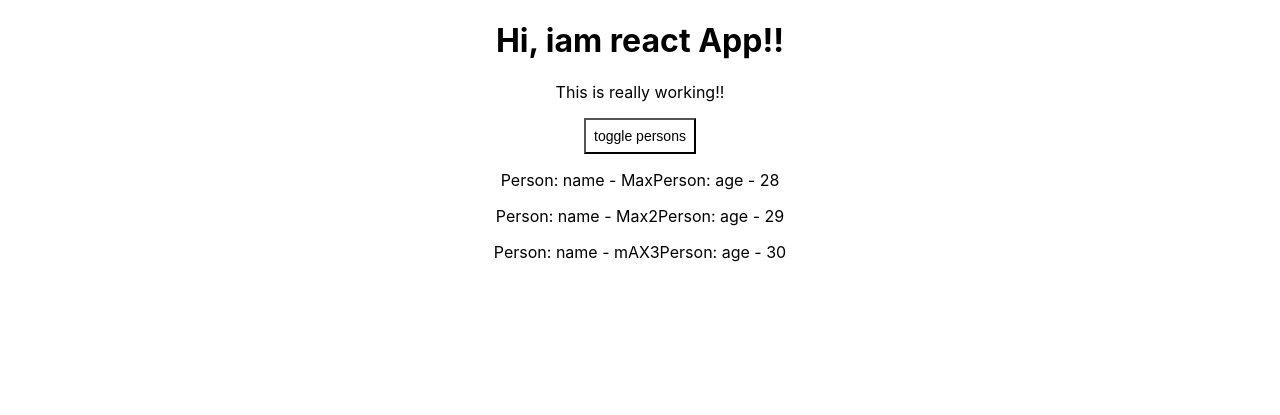
Repository: RohitMalik2/Rohit_react
Page: /, after clicking the first element matching `button`
The author's editor kept a copy of each file at every save. The page is drawn from the files as they stood at one save, then again after the next save.
The browser window is 1280 px wide. The pictures show the whole page.
The project was rebuilt for these pictures with package versions that can differ from the ones it lists, and the page was loaded fresh each time.

Above is the page before, as saved 2019-11-22 16:25:22.

### src/App.js
import React, { Component } from 'react';
import logo from './logo.svg';
import './App.css';
import Person from './Person/Person'

class App extends Component {

  state = {
    persons: [
      { name: 'Max', age: 28 },
      { name: 'Max2', age: 29 },
      { name: 'mAX3', age: 30 }
    ],
    otherState: 'some other state',
    showPersons: false
  }

  deletePersonHandler = (index) => {
    const persons = this.state.persons;
    persons.splice(index, 1);
    this.setState({persons: persons});
  }

  togglePersonsHandler = () => {
    const currentState = this.state.showPersons;
    this.setState({ showPersons: !currentState });
  }
  render() {
    const style = {
      fontSize: '14px',
      backgroundColor: 'White',
      border: '1px soild blue',
      padding: '8px'
    };

    let persons = null;
    if (this.state.showPersons) {
      persons = (
        <div>
          {/* iterating through a list of items */}
          {this.state.persons.map((person, index) => {
            return <Person
                    click={() => this.deletePersonHandler(index)}
                    name={person.name}
                    age={person.age} />;
          })}

          {/*  <Person
            name={this.state.persons[0].name}
            age={this.state.persons[0].age} />
          <Person
            name={this.state.persons[1].name}
            age={this.state.persons[1].age} />
          <Person
            name={this.state.persons[2].name}
            age={this.state.persons[2].age} /> */}
        </div>
      );
    }
    return (
      <div className="App">
        <h1>Hi, iam react App!!</h1>
        <p>This is really working!!</p>
        <button style={style} onClick={this.togglePersonsHandler}>toggle persons</button>
        {persons}
      </div>
    );
  };

}

export default App;

### src/Person/Person.js
import React from 'react';

const Person = (props) =>{
    return (
        <div className="Person">
            <p onClick={props.click}>Person: name - {props.name}Person: age - {props.age}</p>
        </div>
    );
};

export default Person;

Loaded but not shown: public/index.html (common file); src/index.js (common file); src/index.css (common file); src/serviceWorker.js (common file); src/App.css (common file)

After the next save:
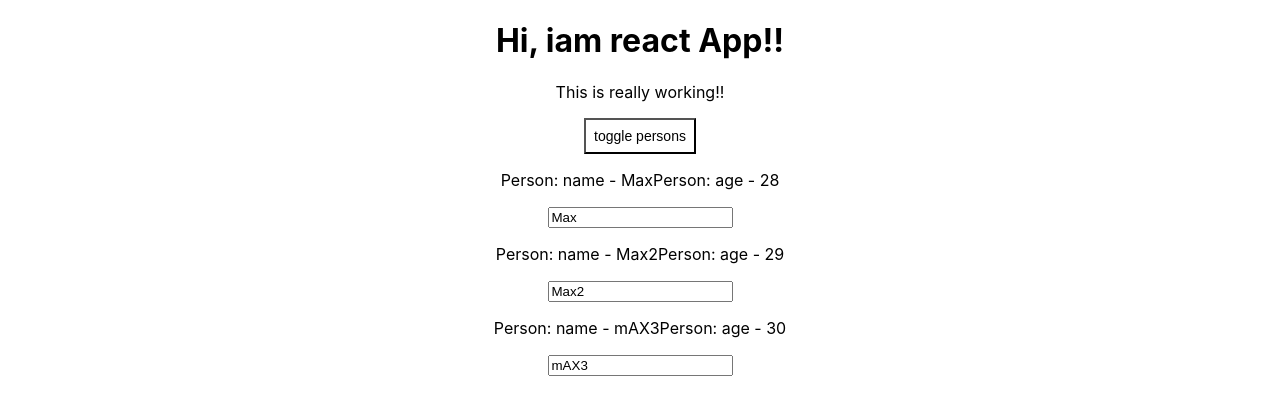
Saved 4 min 7 s later.
--- a/src/Person/Person.js
+++ b/src/Person/Person.js
@@ -4,6 +4,7 @@ const Person = (props) =>{
     return (
         <div className="Person">
             <p onClick={props.click}>Person: name - {props.name}Person: age - {props.age}</p>
+            <input type="text" value={props.name}/>
         </div>
     );
 };
